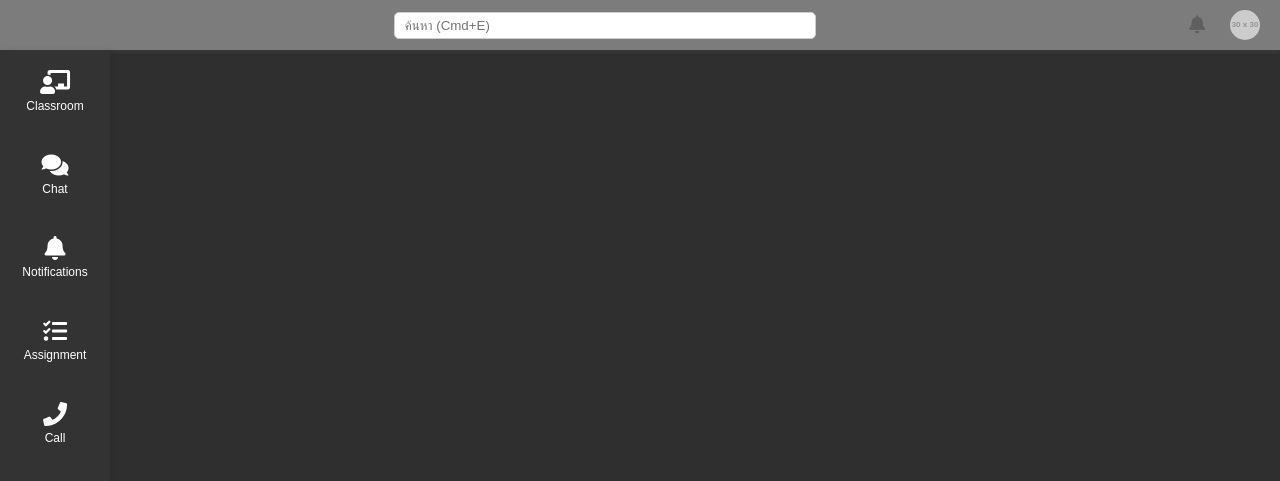
Repository: praifas16/ProPro
Page: docs/studenthead.html
An editor plug-in stored every save of this project. The page is shown before and after the next save, followed by the edit.
The browser window is 1280 px wide. The pictures show the whole page.

Above is the page before, as saved 2024-08-21 20:59:05.

### docs/studenthead.html
<!DOCTYPE html>
<html lang="th">
  <head>
    <link rel="stylesheet" href="https://cdnjs.cloudflare.com/ajax/libs/font-awesome/5.15.4/css/all.min.css">
    <meta charset="UTF-8" />
    <meta name="viewport" content="width=device-width, initial-scale=1.0" />
    <title>My Dashboard</title>
    <style>
      body {
        font-family: Arial, sans-serif;
        margin: 0;
        padding: 0;
        background-color: #2f2f2f;
        display: flex;
        flex-direction: column;
        height: 100vh;
      }

      /* แถบเมนูด้านบน */
      .topbar {
        background-color: #7c7c7c;
        padding: 10px 20px;
        display: flex;
        align-items: center;
        justify-content: space-between;
        box-shadow: 0px 2px 4px rgba(177, 177, 177, 0.1);
      }

      .topbar .search-bar {
        flex-grow: 1;
        display: flex;
        justify-content: center;
      }

      .topbar .search-bar input {
        width: 400px;
        padding: 5px 10px;
        border-radius: 5px;
        border: 1px solid #ccc;
        background-color: #fff;
        color: #333;
      }

      .topbar .user-section {
        display: flex;
        align-items: center;
      }

      .topbar .user-section img {
        width: 30px;
        height: 30px;
        border-radius: 50%;
        margin-left: 10px;
      }

      .topbar .user-section .notification {
        margin-right: 15px;
        position: relative;
        font-size: 18px;
        color: #5f5f5f;
        cursor: pointer;
      }

      /* เมนูแถบข้าง */
      .sidebar {
        width: 70px;
        background-color: #333;
        color: white;
        height: calc(100vh - 60px); /* Adjusted to take into account the topbar height */
        padding: 20px 20px;
        box-shadow: 2px 0 5px rgba(0, 0, 0, 0.1);
        display: flex;
        flex-direction: column;
        align-items: center;
      }

      .menu-items {
        margin-top: -10px; /* ขยับเมนูขึ้นไปด้านบน */
      }

      .sidebar a {
        display: flex;
        flex-direction: column;
        align-items: center;
        color: white;
        padding: 10px;
        text-decoration: none;
        margin-bottom: 20px;
        font-size: 12px;
        text-align: center;
      }

      .sidebar a:hover {
        background-color: #5f5f5f;
        border-radius: 4px;
        width: 80%;
        text-align: center;
      }

      .sidebar i {
        font-size: 24px;
        margin-bottom: 5px;
      }

      .card {
        background-color: #ffffff;
        border-radius: 10px;
        box-shadow: 0 4px 6px rgba(0, 0, 0, 0.1);
        text-align: center;
        padding: 20px;
        transition: transform 0.3s;
      }

      .card:hover {
        transform: scale(1.05);
      }

      .card img {
        width: 50px;
        height: 50px;
        margin-bottom: 10px;
      }

      .card p {
        margin: 0;
        font-size: 16px;
      }
    </style>
  </head>
  <body>
    <!-- แถบเมนูด้านบน -->
    <div class="topbar">
      <div class="search-bar">
        <input type="text" placeholder="ค้นหา (Cmd+E)" />
      </div>
      <div class="user-section">
        <div class="notification">
          <i class="fa fa-bell"></i>
        </div>
        <img src="https://via.placeholder.com/30" alt="User Avatar" />
      </div>
    </div>

    <!-- เมนูแถบข้าง -->
    <div class="sidebar">
      <div class="menu-items">
        <a href="#"
          ><i class="fa fa-chalkboard-teacher"></i><span>Classroom</span></a
        >
        <a href="#"><i class="fa fa-comments"></i><span>Chat</span></a>
        <a href="#"><i class="fa fa-bell"></i><span>Notifications</span></a>
        <a href="#"><i class="fa fa-tasks"></i><span>Assignment</span></a>
        <a href="#"><i class="fa fa-phone"></i><span>Call</span></a>
      </div>
    </div>
  </body>
</html>

After the next save:
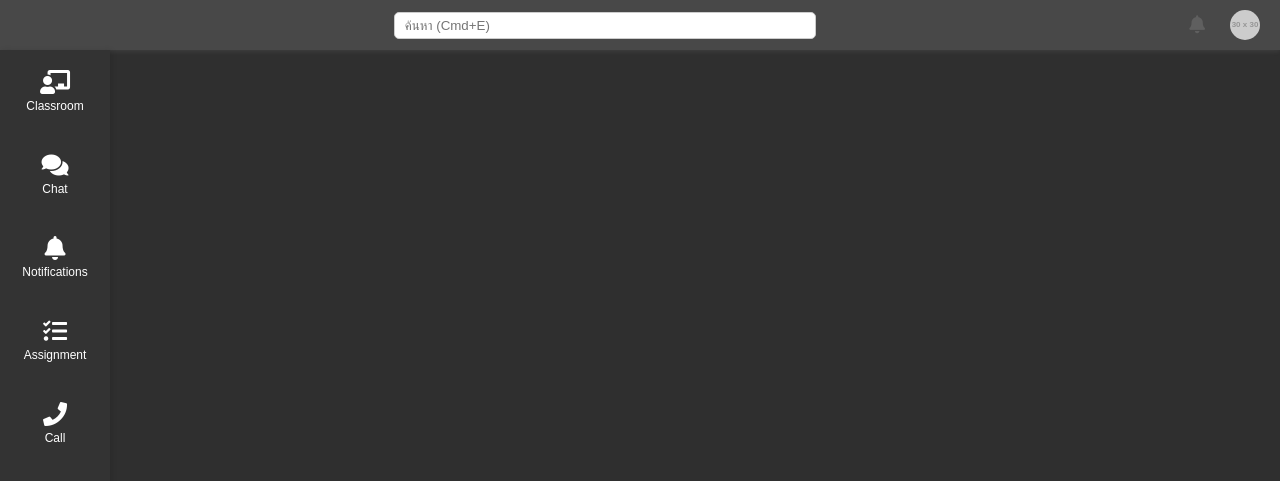
Saved 8 s later.
--- a/docs/studenthead.html
+++ b/docs/studenthead.html
@@ -18,7 +18,7 @@
 
       /* แถบเมนูด้านบน */
       .topbar {
-        background-color: #7c7c7c;
+        background-color: #484848;
         padding: 10px 20px;
         display: flex;
         align-items: center;
